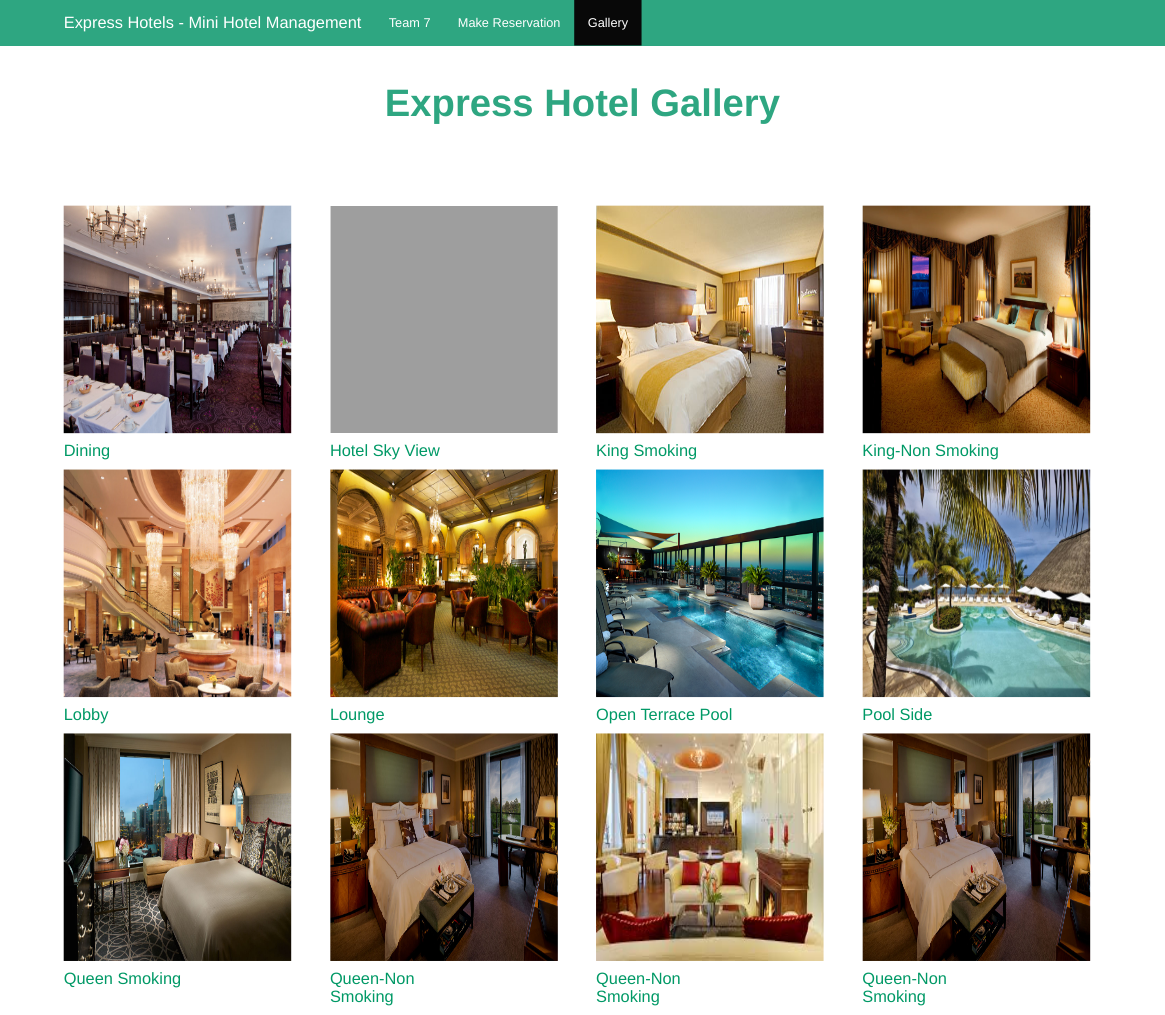
Repository: arjunshukla/CMPE-275_Team-07_Term-Project_Mini-Hotel-Manager
Page: NodeJS_webapp/client/hotel_gallery.html
The author's editor kept a record of every edit. The page is drawn from the files as they stood at one moment, then again after the next edit.
The browser window is 1280 px wide. The pictures show the whole page, at 91% of full size.
Pictures or frames that could not be fetched are drawn as grey boxes. Some web libraries are served in a nearby version.

Above is the page before.

After the next edit:
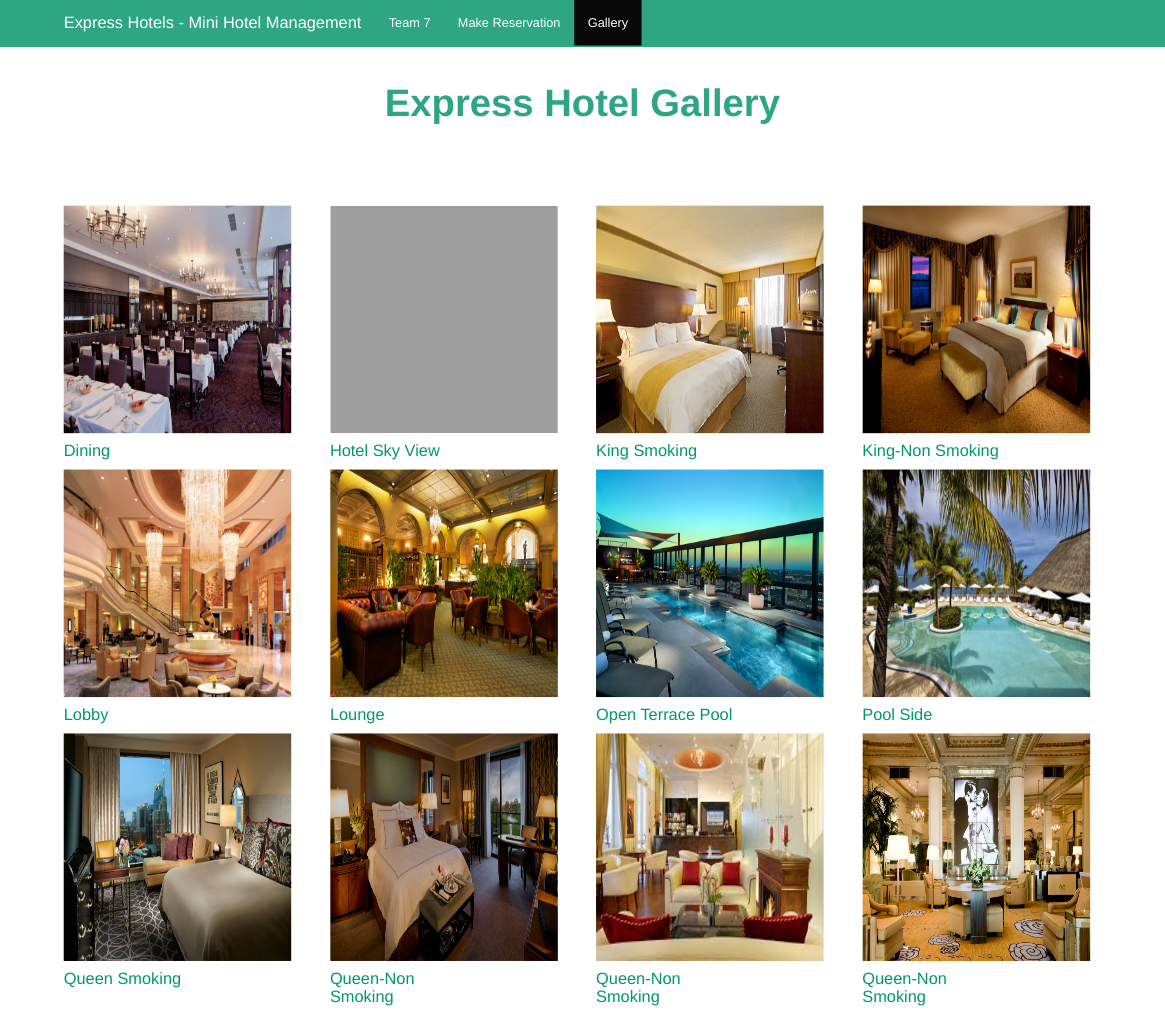
The edit:
--- a/NodeJS_webapp/client/hotel_gallery.html
+++ b/NodeJS_webapp/client/hotel_gallery.html
@@ -168,7 +168,7 @@
             </div>
             <div class="col-md-2 col-md-offset-1">
                 <a href="#" >
-                    <img src="images/Queen-Non Smoking.jpg" alt=""width="250" height="250">
+                    <img src="images/image25.jpg" alt=""width="250" height="250">
                     <h4 style="color:#009966;">Queen-Non Smoking</h4>
                      <!--<p><font style="color:black;" size="3">Building Server base structure, frontend, detabase schema design,mobile App, Reservation check & Checkin/Checkout Api</font></p>-->
                 </a>
